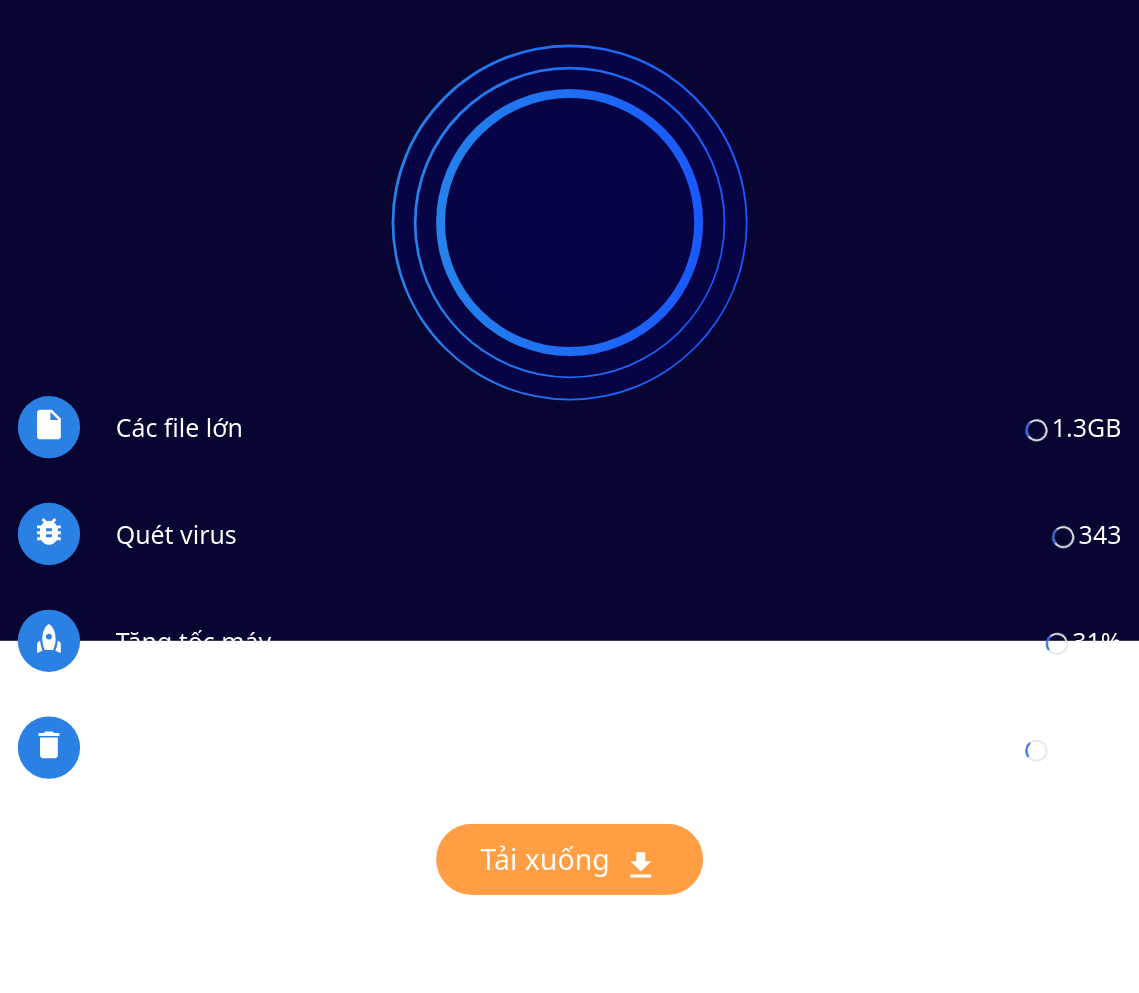
Repository: Kiendz3202/anti-virus-landingpage-mobile
Page: /, after clicking the first element matching `div.from-\[\#1CE5F8\]`
These files come from the project's save history. The page is drawn as it stood at one moment and after the next save; the edit follows.
The browser window is 1280 px wide. The pictures show the whole page, at 89% of full size.
The project was rebuilt for these pictures with package versions that can differ from the ones it lists, and the page was loaded fresh each time. The framework's server and built-in components were replaced by stand-ins that run in the browser. Also part of the build but not shown: next.config.js.

Above is the page before, as saved 2023-01-08 19:49:44.

### pages/index.js
import HomeView from '../views';

export default function Home() {
	return <HomeView />;
}

### styles/globals.css
@tailwind base;
@tailwind components;
@tailwind utilities;

@layer base {
	html {
		/* font-size: calc(15px + 0.390625vw); //15px */
		font-size: 10px;
	}

	* {
		box-sizing: border-box;
	}

	@media (max-width: 640px) {
		html {
			font-size: 7px;
		}
	}

	@media (min-width: 640px) {
		html {
			font-size: 7px;
		}
	}

	@media (min-width: 768px) {
		html {
			font-size: 8px;
		}
	}

	@media (min-width: 1024px) {
		html {
			font-size: 9px;
		}
	}

	@media (min-width: 1280px) {
		html {
			font-size: 10px;
		}
	}
}

### views/index.js
import React, { useEffect, useState } from 'react';
import ScanResult from '../components/ScanResult';
import ScanShield from '../components/ScanShield';
import { delay } from '../utils/delay';

function HomeView() {
	// const [isCheckingInitial, setIsCheckingInitial] = useState(true);
	const [loadingScan, setLoadingScan] = useState(false);
	const [showResult, setShowResult] = useState(false);
	// useEffect(() => {
	// 	const intervalID = setTimeout(() => {
	// 		setIsCheckingInitial((toggle) => !toggle);
	// 	}, 2000);

	// 	return () => clearInterval(intervalID);
	// }, []);

	const scanHandle = async () => {
		if (!showResult) {
			// setIsCheckingInitial(false);
			setLoadingScan(true);
			// await delay(4000);
			setLoadingScan(false);
			setShowResult(true);
		}
	};
	return (
		<div className="h-screen bg-[#080533]">
			<div
				className={` w-full   transition-all ease-in-out duration-[1500ms]  ${
					showResult ? ' h-[0px]' : 'h-screen pt-[20rem]'
				}`}
			>
				<div
					className={`bg-[#08043D] h-[40rem] w-[40rem] mx-auto rounded-full flex items-center justify-center ${
						showResult ? 'hidden' : ''
					}`}
				>
					<div className=" bg-[#070446] h-[32rem] w-[32rem] rounded-full flex items-center justify-center relative">
						<div className="bg-gradient-to-r from-[#0F2171] to-[#075DAF] h-[28rem] w-[28rem] rounded-full flex items-center justify-center animate-spin"></div>
						<div
							onClick={scanHandle}
							className=" bg-gradient-to-r from-[#1CE5F8] to-[#0092FF] h-[24rem] w-[24rem] rounded-full flex items-center justify-center absolute top-[4rem]"
						>
							<div className=" bg-gradient-to-r from-[#08042E] to-[#060075] h-[23rem] w-[23rem] rounded-full flex items-center justify-center ">
								<span className="text-white text-[6rem] font-semibold">
									Quét
								</span>
							</div>
						</div>
					</div>
				</div>
			</div>
			{showResult ? (
				<div className="text-white pt-[5rem]">
					<ScanShield showResult={showResult} />
					<ScanResult />
				</div>
			) : (
				''
			)}
		</div>
	);
}

export default HomeView;

### components/ScanResult.js
import InsertDriveFileIcon from '@mui/icons-material/InsertDriveFile';
import BugReportIcon from '@mui/icons-material/BugReport';
import RocketIcon from '@mui/icons-material/Rocket';
import DeleteIcon from '@mui/icons-material/Delete';
import FileDownloadIcon from '@mui/icons-material/FileDownload';
import { useState, useEffect } from 'react';
import { delay } from '../utils/delay';

function getRandomArbitrary(min, max) {
	return Math.random() * (max - min) + min;
}

function ScanResult() {
	const [isScanning, setIsScanning] = useState(true);
	const [bigFile, setBigFile] = useState(
		getRandomArbitrary(0.3, 2).toString().slice(0, 3)
	);
	const [virus, setVirus] = useState(
		getRandomArbitrary(108, 352).toString().split('.')[0]
	);
	const [speedPercent, setSpeedPercent] = useState(
		getRandomArbitrary(30, 80).toString().split('.')[0]
	);
	const [trashFile, setTrashFile] = useState(
		getRandomArbitrary(0.2, 3).toString().slice(0, 3)
	);
	const arr = Array.from(Array(30).keys());

	const loopAsync = async () => {
		for (const number of arr) {
			setBigFile(() => getRandomArbitrary(0.3, 2).toString().slice(0, 3));
			setVirus(
				() => getRandomArbitrary(108, 352).toString().split('.')[0]
			);
			setSpeedPercent(
				() => getRandomArbitrary(30, 80).toString().split('.')[0]
			);
			setTrashFile(() =>
				getRandomArbitrary(0.2, 3).toString().slice(0, 3)
			);
			await delay(200);
		}
		setIsScanning(false);
	};
	useEffect(() => {
		loopAsync();
	}, []);

	// const bigFile = getRandomArbitrary(0.3, 2).toString().slice(0, 3);
	// const virus = getRandomArbitrary(108, 352).toString().split('.')[0];
	// const speedPercent = getRandomArbitrary(30, 80).toString().split('.')[0];
	// const trashFile = getRandomArbitrary(0.2, 3).toString().slice(0, 3);
	// console.log(trashFile);
	return (
		<div className="mt-[3rem]">
			{/* big file  */}
			<div className="flex justify-between  h-[12rem] items-center text-[2.8rem] font-medium ">
				<div>
					<div className="bg-[#2A81E3] text-white rounded-full w-[7rem] h-[7rem] ml-[2rem]">
						<InsertDriveFileIcon
							sx={{
								fontSize: '4rem',
								marginLeft: '1.5rem',
								marginTop: '1.2rem',
							}}
						/>
					</div>
				</div>
				<div className=" mr-auto ml-[4rem]">Các file lớn</div>
				<div className="flex">
					{isScanning && (
						<div role="status">
							<svg
								aria-hidden="true"
								class="inline w-10 h-10 mr-2 text-gray-200 animate-spin dark:text-gray-600 fill-blue-600"
								viewBox="0 0 100 101"
								fill="none"
								xmlns="http://www.w3.org/2000/svg"
							>
								<path
									d="M100 50.5908C100 78.2051 77.6142 100.591 50 100.591C22.3858 100.591 0 78.2051 0 50.5908C0 22.9766 22.3858 0.59082 50 0.59082C77.6142 0.59082 100 22.9766 100 50.5908ZM9.08144 50.5908C9.08144 73.1895 27.4013 91.5094 50 91.5094C72.5987 91.5094 90.9186 73.1895 90.9186 50.5908C90.9186 27.9921 72.5987 9.67226 50 9.67226C27.4013 9.67226 9.08144 27.9921 9.08144 50.5908Z"
									fill="currentColor"
								/>
								<path
									d="M93.9676 39.0409C96.393 38.4038 97.8624 35.9116 97.0079 33.5539C95.2932 28.8227 92.871 24.3692 89.8167 20.348C85.8452 15.1192 80.8826 10.7238 75.2124 7.41289C69.5422 4.10194 63.2754 1.94025 56.7698 1.05124C51.7666 0.367541 46.6976 0.446843 41.7345 1.27873C39.2613 1.69328 37.813 4.19778 38.4501 6.62326C39.0873 9.04874 41.5694 10.4717 44.0505 10.1071C47.8511 9.54855 51.7191 9.52689 55.5402 10.0491C60.8642 10.7766 65.9928 12.5457 70.6331 15.2552C75.2735 17.9648 79.3347 21.5619 82.5849 25.841C84.9175 28.9121 86.7997 32.2913 88.1811 35.8758C89.083 38.2158 91.5421 39.6781 93.9676 39.0409Z"
									fill="currentFill"
								/>
							</svg>
							<span class="sr-only">Loading...</span>
						</div>
					)}
					<div className="pr-[2rem]">{bigFile}GB</div>
				</div>
			</div>
			{/* diet virus  */}
			<div className="flex justify-between  h-[12rem] items-center text-[2.8rem] font-medium">
				<div>
					<div className="bg-[#2A81E3] text-white rounded-full w-[7rem] h-[7rem] ml-[2rem]">
						<BugReportIcon
							sx={{
								fontSize: '4rem',
								marginLeft: '1.5rem',
								marginTop: '1.2rem',
							}}
						/>
					</div>
				</div>
				<div className=" mr-auto ml-[4rem]">Quét virus</div>
				<div className="flex">
					{isScanning && (
						<div role="status">
							<svg
								aria-hidden="true"
								class="inline w-10 h-10 mr-2 text-gray-200 animate-spin dark:text-gray-600 fill-blue-600"
								viewBox="0 0 100 101"
								fill="none"
								xmlns="http://www.w3.org/2000/svg"
							>
								<path
									d="M100 50.5908C100 78.2051 77.6142 100.591 50 100.591C22.3858 100.591 0 78.2051 0 50.5908C0 22.9766 22.3858 0.59082 50 0.59082C77.6142 0.59082 100 22.9766 100 50.5908ZM9.08144 50.5908C9.08144 73.1895 27.4013 91.5094 50 91.5094C72.5987 91.5094 90.9186 73.1895 90.9186 50.5908C90.9186 27.9921 72.5987 9.67226 50 9.67226C27.4013 9.67226 9.08144 27.9921 9.08144 50.5908Z"
									fill="currentColor"
								/>
								<path
									d="M93.9676 39.0409C96.393 38.4038 97.8624 35.9116 97.0079 33.5539C95.2932 28.8227 92.871 24.3692 89.8167 20.348C85.8452 15.1192 80.8826 10.7238 75.2124 7.41289C69.5422 4.10194 63.2754 1.94025 56.7698 1.05124C51.7666 0.367541 46.6976 0.446843 41.7345 1.27873C39.2613 1.69328 37.813 4.19778 38.4501 6.62326C39.0873 9.04874 41.5694 10.4717 44.0505 10.1071C47.8511 9.54855 51.7191 9.52689 55.5402 10.0491C60.8642 10.7766 65.9928 12.5457 70.6331 15.2552C75.2735 17.9648 79.3347 21.5619 82.5849 25.841C84.9175 28.9121 86.7997 32.2913 88.1811 35.8758C89.083 38.2158 91.5421 39.6781 93.9676 39.0409Z"
									fill="currentFill"
								/>
							</svg>
							<span class="sr-only">Loading...</span>
						</div>
					)}
					<div className="pr-[2rem]">{virus}</div>
				</div>
			</div>
			{/* tang toc  */}
			<div className="flex justify-between  h-[12rem] items-center text-[2.8rem] font-medium">
				<div>
					<div className="bg-[#2A81E3] text-white rounded-full w-[7rem] h-[7rem] ml-[2rem]">
						<RocketIcon
							sx={{
								fontSize: '4rem',
								marginLeft: '1.5rem',
								marginTop: '1.2rem',
							}}
						/>
					</div>
				</div>
				<div className=" mr-auto ml-[4rem]">Tăng tốc máy</div>
				<div className="flex">
					{isScanning && (
						<div role="status">
							<svg
								aria-hidden="true"
								class="inline w-10 h-10 mr-2 text-gray-200 animate-spin dark:text-gray-600 fill-blue-600"
								viewBox="0 0 100 101"
								fill="none"
								xmlns="http://www.w3.org/2000/svg"
							>
								<path
									d="M100 50.5908C100 78.2051 77.6142 100.591 50 100.591C22.3858 100.591 0 78.2051 0 50.5908C0 22.9766 22.3858 0.59082 50 0.59082C77.6142 0.59082 100 22.9766 100 50.5908ZM9.08144 50.5908C9.08144 73.1895 27.4013 91.5094 50 91.5094C72.5987 91.5094 90.9186 73.1895 90.9186 50.5908C90.9186 27.9921 72.5987 9.67226 50 9.67226C27.4013 9.67226 9.08144 27.9921 9.08144 50.5908Z"
									fill="currentColor"
								/>
								<path
									d="M93.9676 39.0409C96.393 38.4038 97.8624 35.9116 97.0079 33.5539C95.2932 28.8227 92.871 24.3692 89.8167 20.348C85.8452 15.1192 80.8826 10.7238 75.2124 7.41289C69.5422 4.10194 63.2754 1.94025 56.7698 1.05124C51.7666 0.367541 46.6976 0.446843 41.7345 1.27873C39.2613 1.69328 37.813 4.19778 38.4501 6.62326C39.0873 9.04874 41.5694 10.4717 44.0505 10.1071C47.8511 9.54855 51.7191 9.52689 55.5402 10.0491C60.8642 10.7766 65.9928 12.5457 70.6331 15.2552C75.2735 17.9648 79.3347 21.5619 82.5849 25.841C84.9175 28.9121 86.7997 32.2913 88.1811 35.8758C89.083 38.2158 91.5421 39.6781 93.9676 39.0409Z"
									fill="currentFill"
								/>
							</svg>
							<span class="sr-only">Loading...</span>
						</div>
					)}
					<div className="pr-[2rem]">{speedPercent}%</div>
				</div>
			</div>
			{/* Các file rác   */}
			<div className="flex justify-between  h-[12rem] items-center text-[2.8rem] font-medium">
				<div>
					<div className="bg-[#2A81E3] text-white rounded-full w-[7rem] h-[7rem] ml-[2rem]">
						<DeleteIcon
							sx={{
								fontSize: '4rem',
								marginLeft: '1.5rem',
								marginTop: '1.2rem',
							}}
						/>
					</div>
				</div>
				<div className=" mr-auto ml-[4rem]">Các file rác</div>
				<div className="flex">
					{isScanning && (
						<div role="status">
							<svg
								aria-hidden="true"
								class="inline w-10 h-10 mr-2 text-gray-200 animate-spin dark:text-gray-600 fill-blue-600"
								viewBox="0 0 100 101"
								fill="none"
								xmlns="http://www.w3.org/2000/svg"
							>
								<path
									d="M100 50.5908C100 78.2051 77.6142 100.591 50 100.591C22.3858 100.591 0 78.2051 0 50.5908C0 22.9766 22.3858 0.59082 50 0.59082C77.6142 0.59082 100 22.9766 100 50.5908ZM9.08144 50.5908C9.08144 73.1895 27.4013 91.5094 50 91.5094C72.5987 91.5094 90.9186 73.1895 90.9186 50.5908C90.9186 27.9921 72.5987 9.67226 50 9.67226C27.4013 9.67226 9.08144 27.9921 9.08144 50.5908Z"
									fill="currentColor"
								/>
								<path
									d="M93.9676 39.0409C96.393 38.4038 97.8624 35.9116 97.0079 33.5539C95.2932 28.8227 92.871 24.3692 89.8167 20.348C85.8452 15.1192 80.8826 10.7238 75.2124 7.41289C69.5422 4.10194 63.2754 1.94025 56.7698 1.05124C51.7666 0.367541 46.6976 0.446843 41.7345 1.27873C39.2613 1.69328 37.813 4.19778 38.4501 6.62326C39.0873 9.04874 41.5694 10.4717 44.0505 10.1071C47.8511 9.54855 51.7191 9.52689 55.5402 10.0491C60.8642 10.7766 65.9928 12.5457 70.6331 15.2552C75.2735 17.9648 79.3347 21.5619 82.5849 25.841C84.9175 28.9121 86.7997 32.2913 88.1811 35.8758C89.083 38.2158 91.5421 39.6781 93.9676 39.0409Z"
									fill="currentFill"
								/>
							</svg>
							<span class="sr-only">Loading...</span>
						</div>
					)}
					<div className="pr-[2rem]">{trashFile}GB</div>
				</div>
			</div>
			{/* Tai ung dung   */}
			<div className="flex flex-col   items-center text-[3.2rem] font-medium mt-[4rem] pb-[3rem]">
				<div className="flex items-center justify-center bg-[#FF9E43] text-white rounded-full w-[30rem] h-[8rem] active:opacity-60 cursor-pointer animate-bounce">
					<div>Tải xuống</div>
					<div>
						<FileDownloadIcon
							sx={{
								fontSize: '4rem',
								marginLeft: '1.5rem',
								marginTop: '1.2rem',
							}}
						/>
					</div>
				</div>
				<div className="mt-[3rem] text-[2.4rem] font-normal">
					Tải ứng dụng để diệt tận gốc
				</div>
			</div>
		</div>
	);
}

export default ScanResult;

### components/ScanShield.js
import React, { useEffect, useState } from 'react';
import { delay } from '../utils/delay';

function ScanShield({ showResult }) {
	const [stopAnimation, setStopAnimation] = useState(false);
	const [display, setDisplay] = useState(true);
	useEffect(() => {
		const stopAnimationHandle = async () => {
			await delay(6000);
			setStopAnimation(true);
			setDisplay(false);
		};
		stopAnimationHandle();
	}, []);
	return (
		<div
			className={`transition-all ease-in-out duration-[1500ms] ${
				display ? 'h-[34rem]' : 'h-[0rem] opacity-0'
			}`}
		>
			<div
				className={` bg-gradient-to-r from-[#2483EA] to-[#1A58FD] h-[40rem] w-[40rem] mx-auto rounded-full flex items-center justify-center`}
			>
				<div className=" bg-[#070446] h-[39.5rem] w-[39.5rem] rounded-full flex items-center justify-center ">
					<div
						className={` bg-gradient-to-r from-[#2483EA] to-[#1A58FD] h-[35rem] w-[35rem] mx-auto rounded-full flex items-center justify-center `}
					>
						<div className=" bg-[#070446] h-[34.5rem] w-[34.5rem] rounded-full flex items-center justify-center ">
							<div className="  bg-gradient-to-r from-[#2483EA] to-[#1A58FD] h-[30rem] w-[30rem] rounded-full flex items-center justify-center ">
								<div className='className=" bg-[#070446] h-[28rem] w-[28rem] rounded-full flex items-center justify-center "'>
									<img
										src="/shield.png"
										className={`${
											stopAnimation ? '' : 'animate-ping'
										}`}
									/>
								</div>
							</div>
						</div>
					</div>
				</div>
			</div>
		</div>
	);
}

export default ScanShield;

### utils/delay.js
export const delay = (m) => new Promise((r) => setTimeout(r, m));

### tailwind.config.js
/** @type {import('tailwindcss').Config} */
module.exports = {
	content: [
		'./pages/**/*.{js,ts,jsx,tsx}',
		'./components/**/*.{js,ts,jsx,tsx}',
		'./views/**/*.{js,ts,jsx,tsx}',
	],
	theme: {
		extend: {},
	},
	plugins: [],
};

Loaded but not shown: pages/_app.js (common file); pages/_document.js (common file)

After the next save:
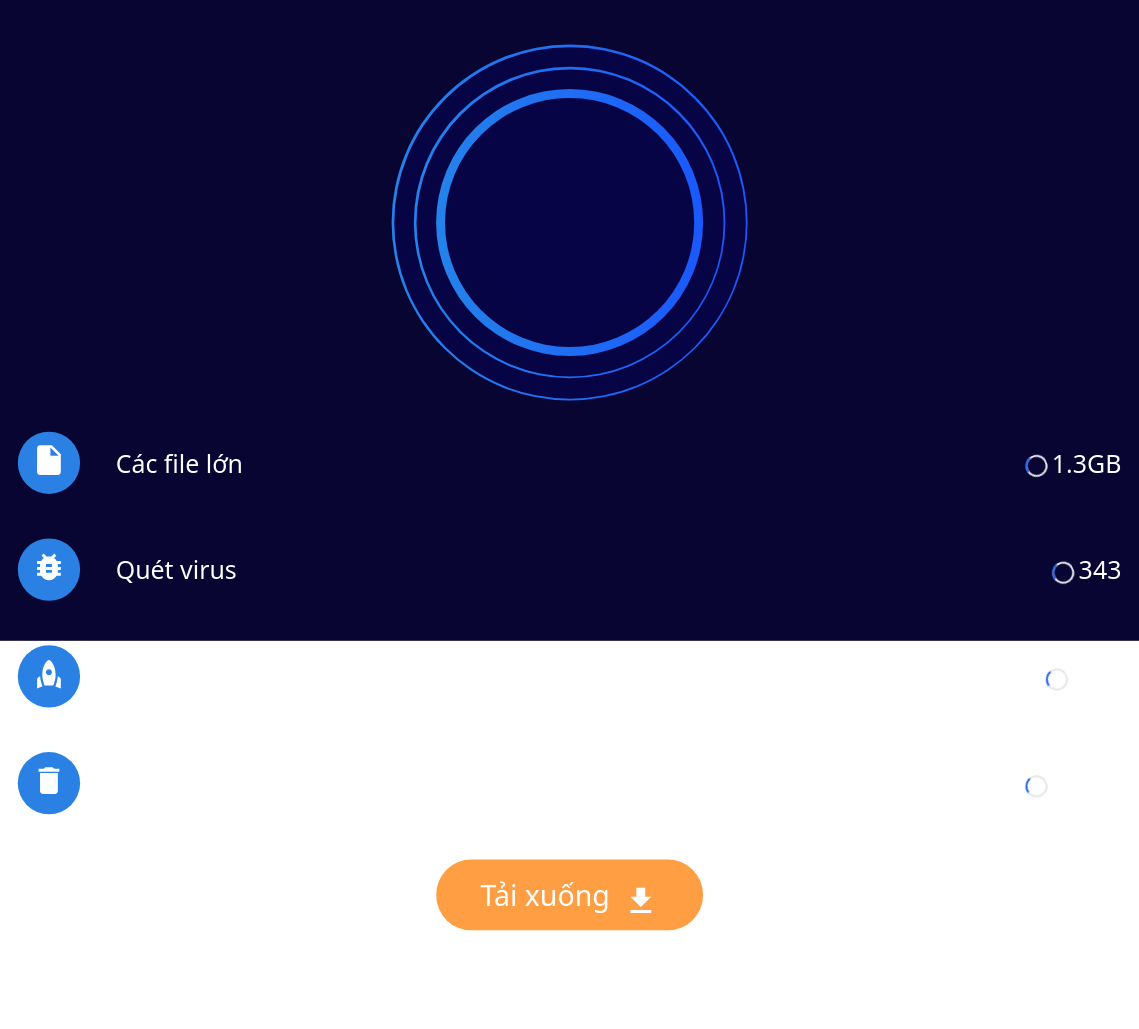
Saved 20 s later.
--- a/components/ScanShield.js
+++ b/components/ScanShield.js
@@ -15,7 +15,7 @@
 	return (
 		<div
 			className={`transition-all ease-in-out duration-[1500ms] ${
-				display ? 'h-[34rem]' : 'h-[0rem] opacity-0'
+				display ? 'h-[38rem]' : 'h-[0rem] opacity-0'
 			}`}
 		>
 			<div
